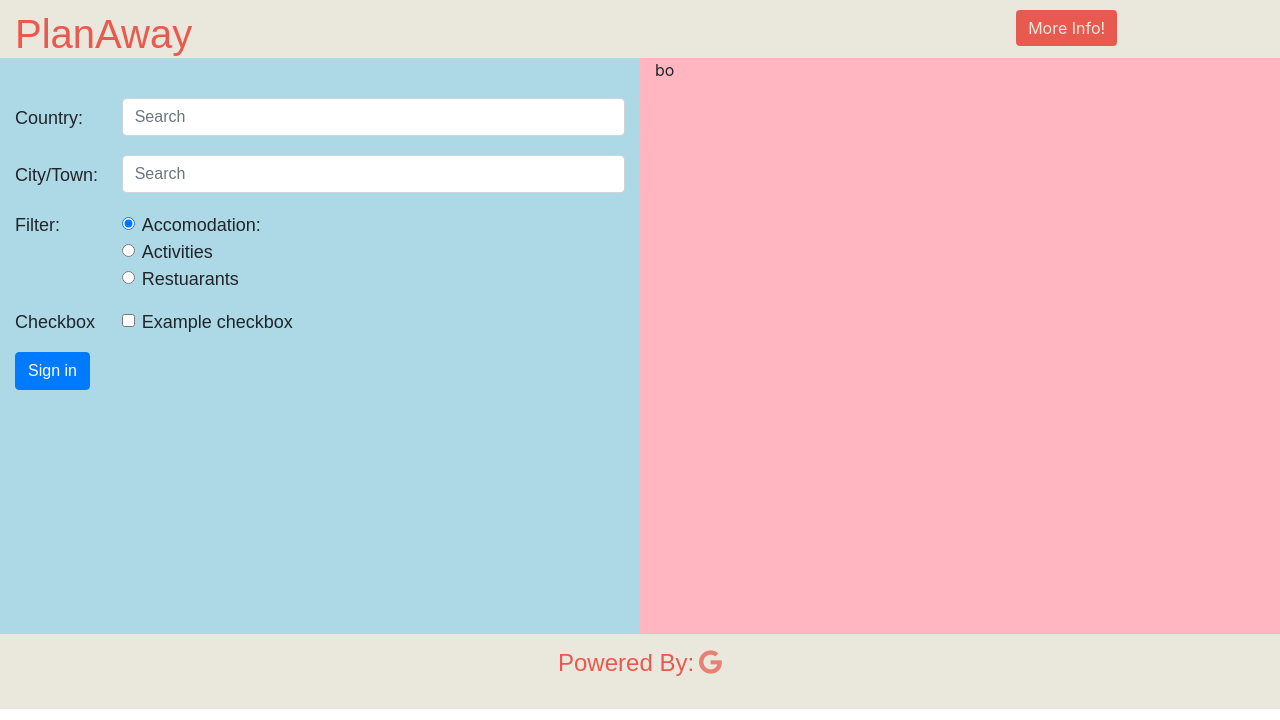
Repository: Brad000/PlanAway-Project
Page: planner.html
The author's editor kept a record of every edit. The page is drawn from the files as they stood at one moment, then again after the next edit.
The browser window is 1280 px wide. The pictures show the whole page.
Some icons come from a web library that is not loaded, so they are not drawn. Some web fonts or font styles are not loaded; a fallback is used. Some web libraries are served in a nearby version.

Above is the page before.

### planner.html
<!DOCTYPE html>
<html lang="en">

<head>
    <meta charset="UTF-8">
    <meta name="viewport" content="width=device-width, initial-scale=1.0">
    <meta http-equiv="X-UA-Compatible" content="ie=edge">
    <link rel="stylesheet" href="assets/css/style.css" type="text/css" />
    <link rel="stylesheet" href="https://stackpath.bootstrapcdn.com/bootstrap/4.4.1/css/bootstrap.min.css" integrity="sha384-Vkoo8x4CGsO3+Hhxv8T/Q5PaXtkKtu6ug5TOeNV6gBiFeWPGFN9MuhOf23Q9Ifjh" crossorigin="anonymous">
    <script src="https://code.jquery.com/jquery-3.2.1.js" integrity="sha256-DZAnKJ/6XZ9si04Hgrsxu/8s717jcIzLy3oi35EouyE=" crossorigin="anonymous"></script>
    <script src="https://code.jquery.com/jquery-3.4.1.slim.min.js" integrity="sha384-J6qa4849blE2+poT4WnyKhv5vZF5SrPo0iEjwBvKU7imGFAV0wwj1yYfoRSJoZ+n" crossorigin="anonymous"></script>
    <script src="https://cdn.jsdelivr.net/npm/popper.js@1.16.0/dist/umd/popper.min.js" integrity="sha384-Q6E9RHvbIyZFJoft+2mJbHaEWldlvI9IOYy5n3zV9zzTtmI3UksdQRVvoxMfooAo" crossorigin="anonymous"></script>
    <script src="https://stackpath.bootstrapcdn.com/bootstrap/4.4.1/js/bootstrap.min.js" integrity="sha384-wfSDF2E50Y2D1uUdj0O3uMBJnjuUD4Ih7YwaYd1iqfktj0Uod8GCExl3Og8ifwB6" crossorigin="anonymous"></script>
    <script src="https://kit.fontawesome.com/5655c570e1.js" crossorigin="anonymous"></script>
    <script type="text/javascript" src="assets/js/script.js"></script>

    <title>PlanAway - Plan your next vacation</title>
</head>

<body>
    <header class="container-fluid">
        <div class="row">
            <div class="col-12 col-md-8 site-heading">
                <h1 class="site-name">PlanAway<i class="fal fa-plane-departure site-logo"></i></h1>
            </div>
            <div class="col-12 col-md-4 site-heading button-align">
                <a class="btn btn-primary" id="infoButton" data-toggle="collapse" href="#collapseExample" role="button" aria-expanded="false" aria-controls="collapseExample">More Info!
                </a>
            </div>
            <div class="col-12 site-heading">
                <div class="collapse" id="collapseExample">
                    <div class="card card-body" id="info-card">
                        <p class="briefs">Please use the below form and selectors to plan your next vacation destination, further organise that dream get away with top accomodation, attractions and restaurants shown around you chosen destination.</p>
                    </div>
                </div>
            </div>
        </div>
    </header>

    <section class="container-fluid">
        <div class="row">
            <div class="col-12 col-md-6 n" id="top">

                <form class="plan-form">
                    <div class="form-group row">
                        <label class="col-sm-2 col-form-label">Country:</label>
                        <div class="col-sm-10">
                            <input type="text" class="form-control" placeholder="Search">
                        </div>
                    </div>
                    <div class="form-group row">
                        <label class="col-sm-2 col-form-label">City/Town:</label>
                        <div class="col-sm-10">
                            <input type="text" class="form-control" placeholder="Search">
                        </div>
                    </div>
                    <fieldset class="form-group">
                        <div class="row">
                            <legend class="col-form-label col-sm-2 pt-0">Filter:</legend>
                            <div class="col-sm-10">
                                <div class="form-check">
                                    <input class="form-check-input" type="radio" name="gridRadios" id="gridRadios1" value="option1" checked>
                                    <label class="form-check-label" for="gridRadios1">Accomodation:</label>
                                </div>
                                <div class="form-check">
                                    <input class="form-check-input" type="radio" name="gridRadios" id="gridRadios2" value="option2">
                                    <label class="form-check-label" for="gridRadios2">Activities</label>
                                </div>
                                <div class="form-check">
                                    <input class="form-check-input" type="radio" name="gridRadios" id="gridRadios3" value="option3">
                                    <label class="form-check-label" for="gridRadios3">Restuarants</label>
                                </div>
                            </div>
                        </div>
                    </fieldset>
                    <div class="form-group row">
                        <div class="col-sm-2">Checkbox</div>
                        <div class="col-sm-10">
                            <div class="form-check">
                                <input class="form-check-input" type="checkbox" id="gridCheck1">
                                <label class="form-check-label" for="gridCheck1">Example checkbox</label>
                            </div>
                        </div>
                    </div>
                    <div class="form-group row">
                        <div class="col-sm-10">
                            <button type="submit" class="btn btn-primary">Sign in</button>
                        </div>
                    </div>
                </form>



            </div>
            <div class="col-12 col-md-6 m">bo</div>
        </div>
    </section>

    <footer class="container-fluid">
        <div class="row">
            <div class="col-12 footer">
                <h4>Powered By:<a href="https://www.google.com/" id="a-links" target="_blank"><i class="fab fa-google"></i></a></h4>
            </div>
        </div>
    </footer>

</body>

</html>

### assets/css/style.css
@import url('https://fonts.googleapis.com/css?family=Gayathri:100,200,300,400,500,600,700');

/*---Landing Page---*/

.site-heading {
    background-color: #eae7dc;
    color: #e85a4f;
}

.site-name {
    font-family: 'Gayathri', sans-serif;
    margin-top: 10px;
    margin-bottom: 0;
    text-align: center;
}

.site-logo {
    margin-left: 10px;
}

.site-links {
    text-align: center;
    font-size: 40px;
    margin-top: 10px;
    margin-right: 10px;
}

.link-text {
    text-align: center;
    font-family: 'Gayathri', sans-serif;
    font-weight: 600;
}

#a-links {
    text-decoration: none;
    cursor: pointer;
    color: #e98074;
    transition: color 0.5s ease-in-out;
    -moz-transition: color 0.5s ease-in-out;
    -webkit-transition: color 0.5s ease-in-out;
    -o-transition: color 0.5s ease-in-out;
}

#a-links:hover {
    color: #e85a4f;
}

.site-brief {
    font-family: 'Gayathri', sans-serif;
    text-align: center;
    font-size: 12px;
    font-weight: 700;
    padding: 0;
    margin: 0;
}

#image {
    padding: 0;
}

.main-images {
    opacity: 0.78;
}

img {
    height: 85vh;
}


/*---planner.html---*/

.briefs {
    font-family: 'Gayathri', sans-serif;
    font-size: 16px;
    text-align: center;
    font-weight: 700;
    padding: 10px;
    margin: 0;
    color: #e85a4f;
}

#infoButton {
    display: inline-block;
    margin-bottom: 5px;
    background-color: #e85a4f;
    color: #eae7dc;
    border: none;
    box-shadow: none;
    transition: background-color 0.5s ease-in-out;
    -moz-transition: background-color 0.5s ease-in-out;
    -webkit-transition: background-color 0.5s ease-in-out;
    -o-transition: background-color 0.5s ease-in-out;
}

#infoButton:hover {
    background-color: #fd9b90;
}

.button-align {
    text-align: center;
}

#info-card {
    border: none;
    background-color: #eae7dc;
}

.plan-form {
    font-family: 'Gayathri', sans-serif;
    font-size: 18px;
    margin-top: 40px;
    margin-bottom: 40px;
}

.n {
    background-color: lightblue;
    height: 80vh;
}

.m {
    background-color: lightpink;
    height: 80vh;
}


/*---Footer---*/

.footer {
    height: 75px;
    text-align: center;
    font-weight: 700;
    font-family: 'Gayathri', sans-serif;
    padding-top: 15px;
    background-color: #eae7dc;
    color: #e85a4f;
}

.fa-google {
    margin-left: 5px;
}

/*---Media Queries---*/

@media(min-width: 767px) {
    .site-name {
        text-align: left;
    }
    .site-brief {
        font-size: 18px;
    }
    #infoButton {
        margin: 10px;
    }
}



/*---JS css--*/

.green {
    background-color: green;
}

### assets/js/script.js
$(document).ready(function(){












});

After the next edit:
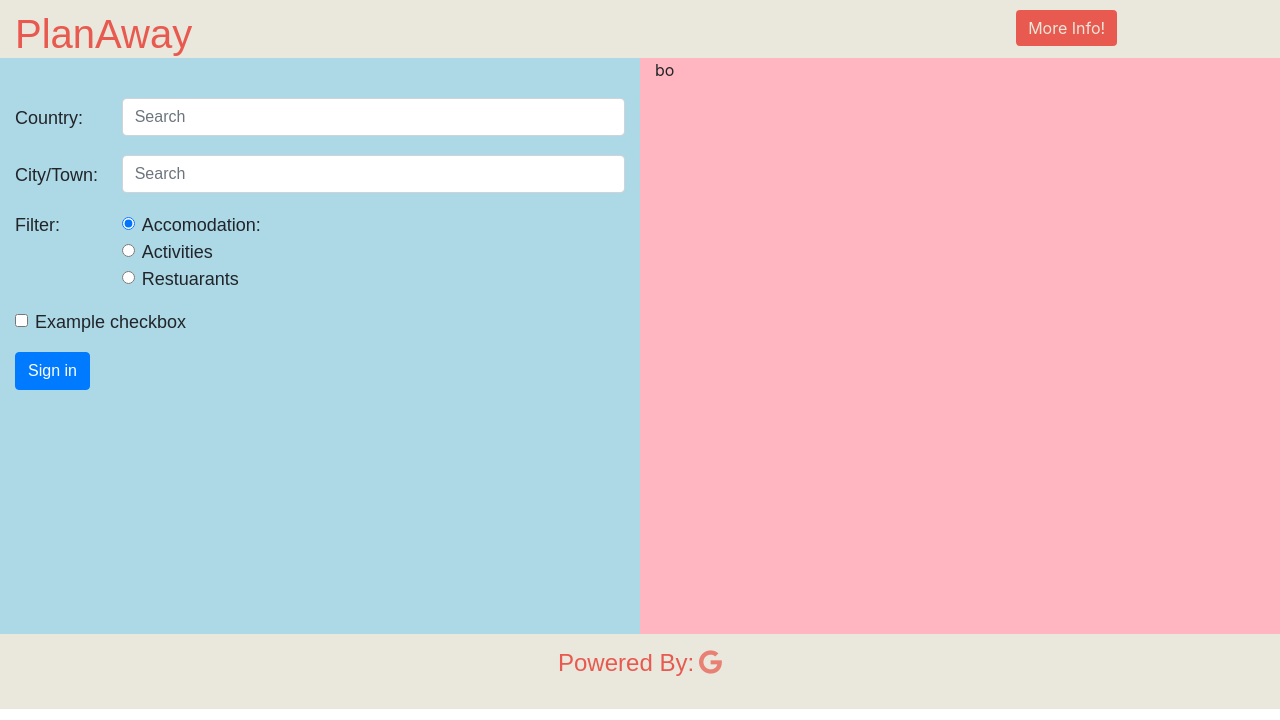
The edit:
--- a/planner.html
+++ b/planner.html
@@ -74,8 +74,7 @@
                         </div>
                     </fieldset>
                     <div class="form-group row">
-                        <div class="col-sm-2">Checkbox</div>
-                        <div class="col-sm-10">
+                        <div class="col-sm-12">
                             <div class="form-check">
                                 <input class="form-check-input" type="checkbox" id="gridCheck1">
                                 <label class="form-check-label" for="gridCheck1">Example checkbox</label>
